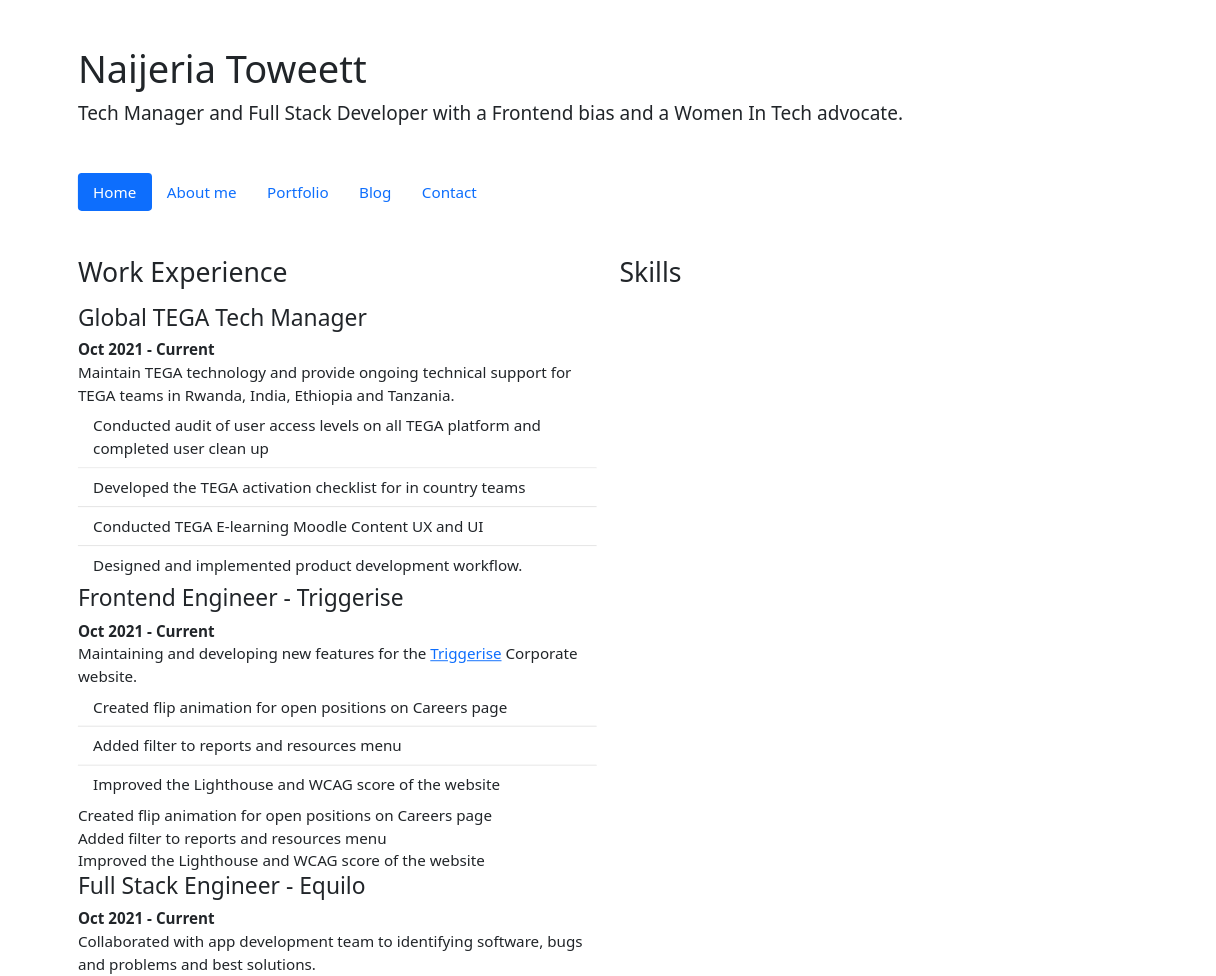
Repository: mamatechafrica/portfolio
Page: index.html
An editor plug-in stored every save of this project. The page is shown before and after the next save, followed by the edit.
The browser window is 1280 px wide. The pictures show the whole page, at 95% of full size.

Above is the page before, as saved 2022-01-04 16:21:11.

### index.html
<!doctype html>
<html lang="en">
    <head>
        <!-- Required meta tags -->
        <meta charset="utf-8">
        <meta name="viewport" content="width=device-width, initial-scale=1">

        <!-- Bootstrap CSS -->
        <link href="https://cdn.jsdelivr.net/npm/bootstrap@5.0.2/dist/css/bootstrap.min.css" rel="stylesheet" integrity="sha384-EVSTQN3/azprG1Anm3QDgpJLIm9Nao0Yz1ztcQTwFspd3yD65VohhpuuCOmLASjC" crossorigin="anonymous">

        <title>NashTheCoder portfolio</title>
    </head>
    <body>
        <div class="container my-5">
            <h1>Naijeria Toweett</h1>
            <p class="lead">
                Tech Manager and Full Stack Developer with a Frontend bias and a Women In Tech advocate.
            </p>
        </div>

        <div class="container">
            <nav>
                <ul class="nav nav-pills ">
                    <li class="nav-item">
                        <a class="nav-link active" aria-current="page" href="#">Home</a>
                    </li>
                    <li class="nav-item">
                        <a class="nav-link" href="#">About me</a>
                    </li>
                    <li class="nav-item">
                        <a class="nav-link" href="#">Portfolio</a>
                    </li>
                    <li class="nav-item">
                        <a class="nav-link" href="https://mumlovestech.com/" target="blank">Blog</a>
                    </li>
                    <li class="nav-item">
                        <a class="nav-link" href="#">Contact</a>
                    </li>
                </ul>
            </nav>
        </div>

        <div class="container mt-5">
            <div class="row">
                <div class="col">
                    <h3 class="mb-3">Work Experience</h3>

                    <h4>Global TEGA Tech Manager</h4>
                    <div>
                        <strong>Oct 2021 - Current</strong>
                    </div>
                        Maintain TEGA technology and provide ongoing technical support for
                        TEGA teams in Rwanda, India, Ethiopia and Tanzania.
                    <ul class="list-group list-group-flush">
                        <li class="list-group-item">Conducted audit of user access levels on all TEGA platform and completed user clean up</li>
                        <li class="list-group-item">Developed the TEGA activation checklist for in country teams</li>
                        <li class="list-group-item">Conducted TEGA E-learning Moodle Content UX and UI</li>
                        <li class="list-group-item">Designed and implemented product development workflow.</li>
                    </ul>
                    <h4>Frontend Engineer - Triggerise</h4>
                    <div>
                        <strong>Oct 2021 - Current</strong>
                    </div>
                        Maintaining and developing new features for the <a href="https://triggerise.org/">Triggerise</a> Corporate website.
                        <ul class="list-group list-group-flush">
                            <li class="list-group-item">Created flip animation for open positions on Careers page</li>
                            <li class="list-group-item">Added filter to reports and resources menu</li>
                            <li class="list-group-item">Improved the Lighthouse and WCAG score of the website</li>
                        </ul>
                        <ul class="list-group list-group-flush">
                            <li class="list-group list-group-flush">Created flip animation for open positions on Careers page</li>
                            <li class="list-group list-group-flush">Added filter to reports and resources menu</li>
                            <li class="list-group list-group-flush">Improved the Lighthouse and WCAG score of the website</li>
                        </ul>
                    <h4>Full Stack Engineer - Equilo</h4>
                    <div>
                        <strong>Oct 2021 - Current</strong>
                    </div>
                        Collaborated with app development team to identifying software, bugs and problems and best solutions.
                    <ul class="list-group list-group-flush">
                        <li class="list-group list-group-flush"></li>
                    </ul>
                </div>
                <div class="col">
                    <h3 class="mb-3">Skills</h3>
                </div>
            </div>
        </div>

        <!-- Optional JavaScript; choose one of the two! -->

        <!-- Option 1: Bootstrap Bundle with Popper -->
        <script src="https://cdn.jsdelivr.net/npm/bootstrap@5.0.2/dist/js/bootstrap.bundle.min.js" integrity="sha384-MrcW6ZMFYlzcLA8Nl+NtUVF0sA7MsXsP1UyJoMp4YLEuNSfAP+JcXn/tWtIaxVXM" crossorigin="anonymous"></script>

        <!-- Option 2: Separate Popper and Bootstrap JS -->
        <!--
        <script src="https://cdn.jsdelivr.net/npm/@popperjs/core@2.9.2/dist/umd/popper.min.js" integrity="sha384-IQsoLXl5PILFhosVNubq5LC7Qb9DXgDA9i+tQ8Zj3iwWAwPtgFTxbJ8NT4GN1R8p" crossorigin="anonymous"></script>
        <script src="https://cdn.jsdelivr.net/npm/bootstrap@5.0.2/dist/js/bootstrap.min.js" integrity="sha384-cVKIPhGWiC2Al4u+LWgxfKTRIcfu0JTxR+EQDz/bgldoEyl4H0zUF0QKbrJ0EcQF" crossorigin="anonymous"></script>
        -->
    </body>
</html>

After the next save:
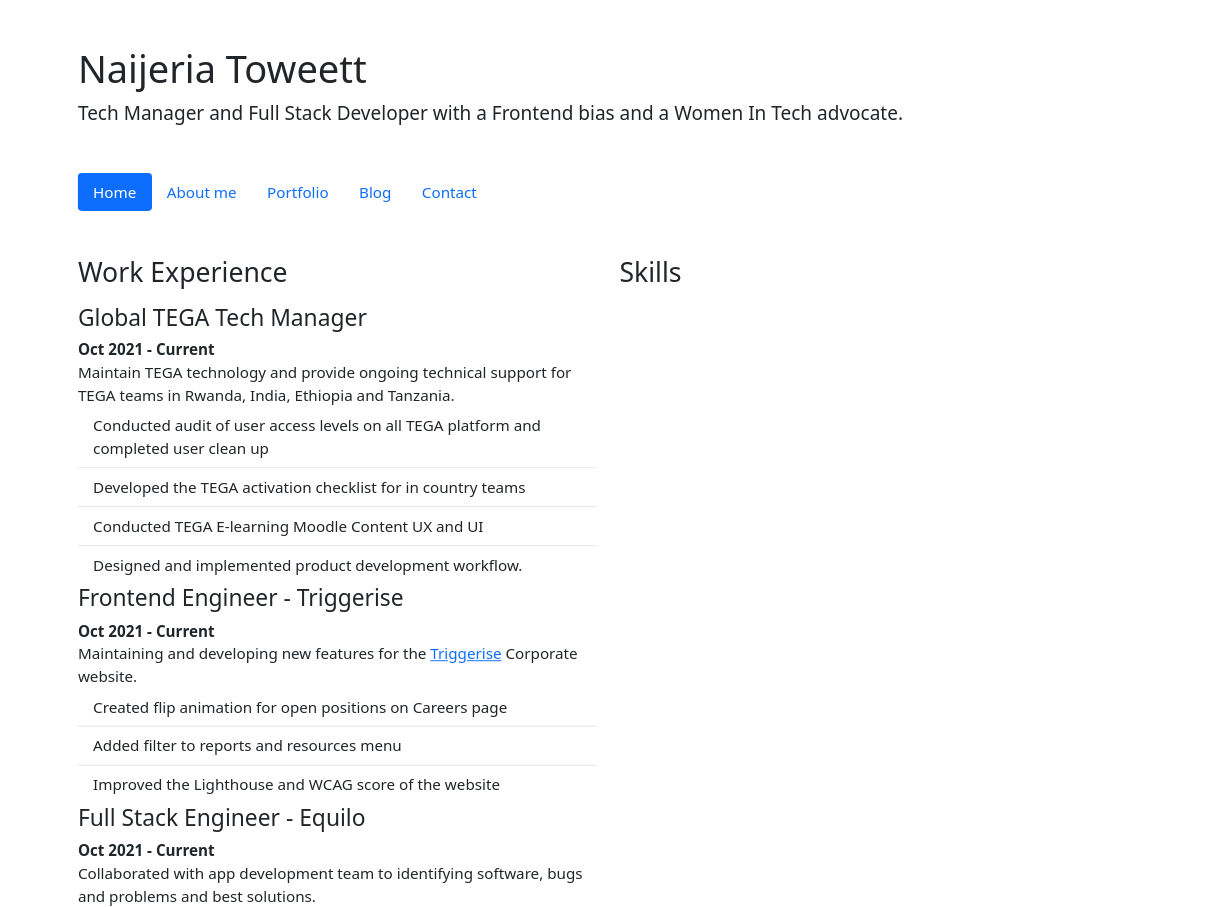
Saved 5 s later.
--- a/index.html
+++ b/index.html
@@ -67,11 +67,6 @@
                             <li class="list-group-item">Added filter to reports and resources menu</li>
                             <li class="list-group-item">Improved the Lighthouse and WCAG score of the website</li>
                         </ul>
-                        <ul class="list-group list-group-flush">
-                            <li class="list-group list-group-flush">Created flip animation for open positions on Careers page</li>
-                            <li class="list-group list-group-flush">Added filter to reports and resources menu</li>
-                            <li class="list-group list-group-flush">Improved the Lighthouse and WCAG score of the website</li>
-                        </ul>
                     <h4>Full Stack Engineer - Equilo</h4>
                     <div>
                         <strong>Oct 2021 - Current</strong>
